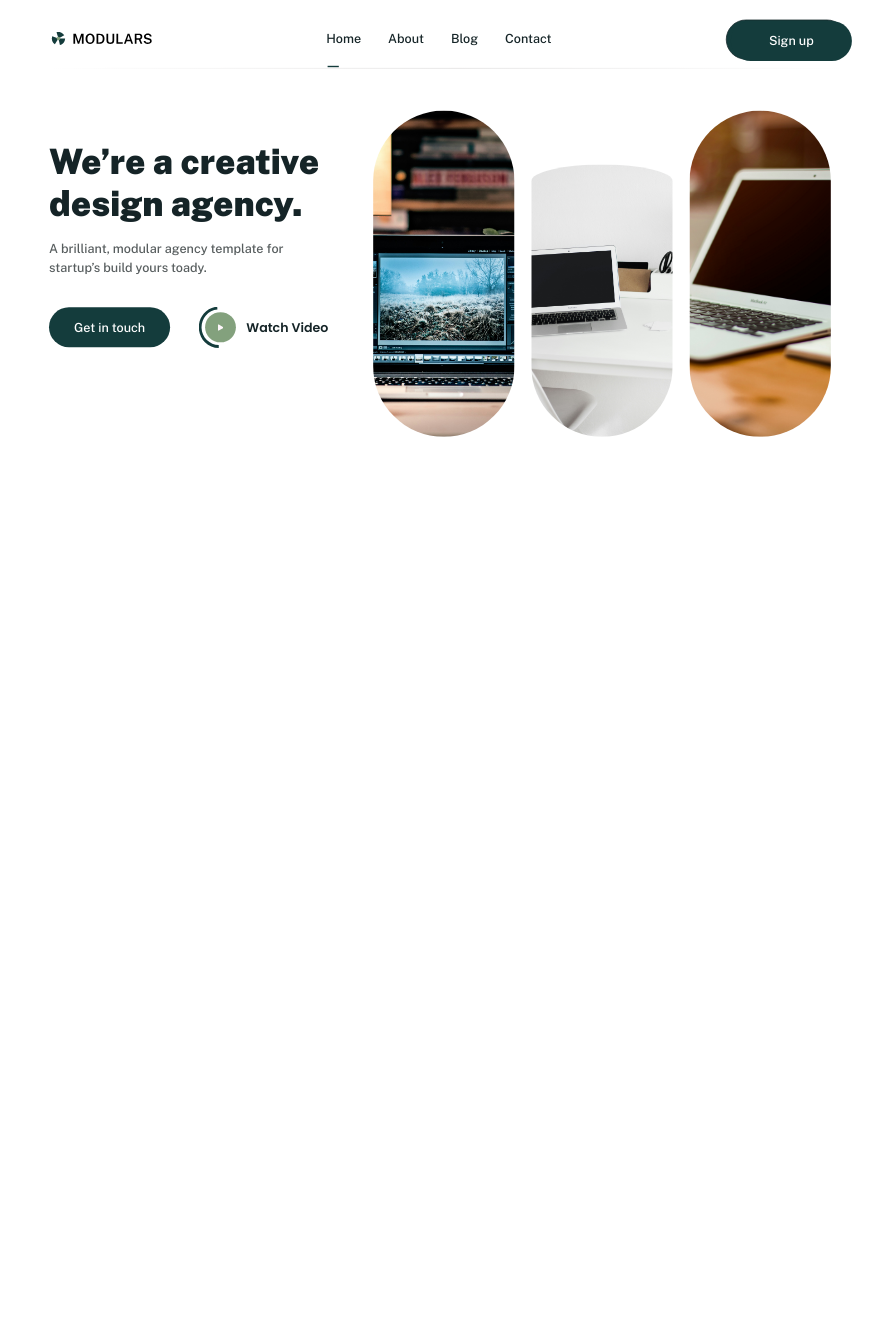
Repository: Learncode-every-day/Project-3.1
Page: index.html
The author's editor kept a copy of each file at every save. The page is drawn from the files as they stood at one save, then again after the next save.
The browser window is 1280 px wide. The pictures show the part of the page from y = 0 to 1920 px (the page is 5015 px tall), at 70% of full size.

Above is the page before, as saved 2024-06-22 18:21:42.

### index.html
<!DOCTYPE html>
<html lang="en">
    <head>
        <meta charset="UTF-8" />
        <meta name="viewport" content="width=device-width, initial-scale=1.0" />
        <title>Project 3.1</title>
        <!-- Favicon -->
        <link
            rel="apple-touch-icon"
            sizes="57x57"
            href="./assets/favicon/apple-icon-57x57.png"
        />
        <link
            rel="apple-touch-icon"
            sizes="60x60"
            href="./assets/favicon/apple-icon-60x60.png"
        />
        <link
            rel="apple-touch-icon"
            sizes="72x72"
            href="./assets/favicon/apple-icon-72x72.png"
        />
        <link
            rel="apple-touch-icon"
            sizes="76x76"
            href="./assets/favicon/apple-icon-76x76.png"
        />
        <link
            rel="apple-touch-icon"
            sizes="114x114"
            href="./assets/favicon/apple-icon-114x114.png"
        />
        <link
            rel="apple-touch-icon"
            sizes="120x120"
            href="./assets/favicon/apple-icon-120x120.png"
        />
        <link
            rel="apple-touch-icon"
            sizes="144x144"
            href="./assets/favicon/apple-icon-144x144.png"
        />
        <link
            rel="apple-touch-icon"
            sizes="152x152"
            href="./assets/favicon/apple-icon-152x152.png"
        />
        <link
            rel="apple-touch-icon"
            sizes="180x180"
            href="./assets/favicon/apple-icon-180x180.png"
        />
        <link
            rel="icon"
            type="image/png"
            sizes="192x192"
            href="./assets/favicon/android-icon-192x192.png"
        />
        <link
            rel="icon"
            type="image/png"
            sizes="32x32"
            href="./assets/favicon/favicon-32x32.png"
        />
        <link
            rel="icon"
            type="image/png"
            sizes="96x96"
            href="./assets/favicon/favicon-96x96.png"
        />
        <link
            rel="icon"
            type="image/png"
            sizes="16x16"
            href="./assets/favicon/favicon-16x16.png"
        />
        <link rel="manifest" href="./assets/favicon/manifest.json" />
        <meta name="msapplication-TileColor" content="#ffffff" />
        <meta
            name="msapplication-TileImage"
            content="./assets/favicon/ms-icon-144x144.png"
        />
        <meta name="theme-color" content="#ffffff" />
        <!-- Reset CSS -->
        <link rel="stylesheet" href="./assets/css/reset.css" />
        <!-- Embed Fonts -->
        <link rel="stylesheet" href="./assets/fonts/stylesheet.css" />
        <!-- Style CSS -->
        <link rel="stylesheet" href="./assets/css/style.css" />
    </head>
    <body style="height: 5000px">
        <!-- Header -->
        <header class="header">
            <div class="container">
                <!-- Header top -->
                <div class="header-top">
                    <!-- Logo -->
                    <a href="#!">
                        <img src="./assets/icons/logo.svg" alt="Modulars" />
                    </a>

                    <!-- Navbar -->
                    <nav class="navbar">
                        <ul class="navbar__list">
                            <li class="navbar__item">
                                <a
                                    href="#!"
                                    class="navbar__link navbar__link--active"
                                    >Home</a
                                >
                            </li>
                            <li class="navbar__item">
                                <a href="#!" class="navbar__link">About</a>
                            </li>
                            <li class="navbar__item">
                                <a href="#!" class="navbar__link">Blog</a>
                            </li>
                            <li class="navbar__item">
                                <a href="#!" class="navbar__link">Contact</a>
                            </li>
                        </ul>
                    </nav>

                    <!-- Action -->
                    <button class="header-action">
                        <a href="#!" class="btn">Sign up</a>
                    </button>
                </div>
                <div class="separate-line"></div>
            </div>
        </header>

        <main>
            <!-- Hero -->
            <section class="hero">
                <div class="container">
                    <div class="hero__inner">
                        <!-- Hero Content -->
                        <section class="hero__content">
                            <h1 class="hero__heading">
                                We’re a creative design agency.
                            </h1>
                            <p class="hero__desc">
                                A brilliant, modular agency template for
                                startup’s build yours toady.
                            </p>
                            <div class="hero__row">
                                <a href="#!" class="btn">Get in touch</a>
                                <div class="hero-action">
                                    <div class="play-btn">
                                        <img
                                            src="./assets/icons/eclip.svg"
                                            alt="eclip"
                                            class="eclip-icon"
                                        />
                                        <img
                                            src="./assets/icons/play.svg"
                                            alt="Play button"
                                            class="play-icon"
                                        />
                                    </div>
                                    <span class="hero-action__desc"
                                        >Watch Video</span
                                    >
                                </div>
                            </div>
                        </section>

                        <!-- Hero Media -->
                        <div class="hero__media">
                            <figure>
                                <img
                                    src="./assets/img/header-1.jpg"
                                    alt=""
                                    class="hero__image"
                                />
                                <img
                                    src="./assets/img/header-2.jpg"
                                    alt=""
                                    class="hero__image"
                                />
                                <img
                                    src="./assets/img/header-3.jpg"
                                    alt=""
                                    class="hero__image"
                                />
                            </figure>
                        </div>
                    </div>
                </div>
            </section>
        </main>
    </body>
</html>

### assets/css/reset.css
/* http://meyerweb.com/eric/tools/css/reset/
    v2.0 | 20110126
    License: none (public domain)
*/

html,
body,
div,
span,
applet,
object,
iframe,
h1,
h2,
h3,
h4,
h5,
h6,
p,
blockquote,
pre,
a,
abbr,
acronym,
address,
big,
cite,
code,
del,
dfn,
em,
img,
ins,
kbd,
q,
s,
samp,
small,
strike,
strong,
sub,
sup,
tt,
var,
b,
u,
i,
center,
dl,
dt,
dd,
ol,
ul,
li,
fieldset,
form,
label,
legend,
table,
caption,
tbody,
tfoot,
thead,
tr,
th,
td,
article,
aside,
canvas,
details,
embed,
figure,
figcaption,
footer,
header,
hgroup,
menu,
nav,
output,
ruby,
section,
summary,
time,
mark,
audio,
video {
    margin: 0;
    padding: 0;
    border: 0;
    font-size: 100%;
    font: inherit;
    vertical-align: baseline;
}
/* HTML5 display-role reset for older browsers */
article,
aside,
details,
figcaption,
figure,
footer,
header,
hgroup,
menu,
nav,
section {
    display: block;
}
body {
    line-height: 1;
}
ol,
ul {
    list-style: none;
}
blockquote,
q {
    quotes: none;
}
blockquote:before,
blockquote:after,
q:before,
q:after {
    content: "";
    content: none;
}
table {
    border-collapse: collapse;
    border-spacing: 0;
}

### assets/fonts/stylesheet.css
/* ================= Sonsie One ================= */
@font-face {
    font-family: "Sonsie One";
    src: url("SonsieOne/SonsieOne-Regular.woff2") format("woff2"),
        url("SonsieOne/SonsieOne-Regular.woff") format("woff");
    font-weight: normal;
    font-style: normal;
    font-display: swap;
}

/* ================= Public Sans ================= */
@font-face {
    font-family: "Public Sans";
    src: url("PublicSans/PublicSans-Bold.woff2") format("woff2"),
        url("PublicSans/PublicSans-Bold.woff") format("woff");
    font-weight: bold;
    font-style: normal;
    font-display: swap;
}

@font-face {
    font-family: "Public Sans";
    src: url("PublicSans/PublicSans-ExtraBold.woff2") format("woff2"),
        url("PublicSans/PublicSans-ExtraBold.woff") format("woff");
    font-weight: bold;
    font-style: normal;
    font-display: swap;
}

@font-face {
    font-family: "Public Sans";
    src: url("PublicSans/PublicSans-Light.woff2") format("woff2"),
        url("PublicSans/PublicSans-Light.woff") format("woff");
    font-weight: 300;
    font-style: normal;
    font-display: swap;
}

@font-face {
    font-family: "Public Sans";
    src: url("PublicSans/PublicSans-Medium.woff2") format("woff2"),
        url("PublicSans/PublicSans-Medium.woff") format("woff");
    font-weight: 500;
    font-style: normal;
    font-display: swap;
}

@font-face {
    font-family: "Public Sans";
    src: url("PublicSans/PublicSans-SemiBold.woff2") format("woff2"),
        url("PublicSans/PublicSans-SemiBold.woff") format("woff");
    font-weight: 600;
    font-style: normal;
    font-display: swap;
}

@font-face {
    font-family: "Public Sans";
    src: url("PublicSans/PublicSans-Regular.woff2") format("woff2"),
        url("PublicSans/PublicSans-Regular.woff") format("woff");
    font-weight: normal;
    font-style: normal;
    font-display: swap;
}

@font-face {
    font-family: "Public Sans";
    src: url("PublicSans/PublicSans-BlackItalic.woff2") format("woff2"),
        url("PublicSans/PublicSans-BlackItalic.woff") format("woff");
    font-weight: 900;
    font-style: italic;
    font-display: swap;
}

@font-face {
    font-family: "Public Sans";
    src: url("PublicSans/PublicSans-Black.woff2") format("woff2"),
        url("PublicSans/PublicSans-Black.woff") format("woff");
    font-weight: 900;
    font-style: normal;
    font-display: swap;
}

@font-face {
    font-family: "Public Sans";
    src: url("PublicSans/PublicSans-BoldItalic.woff2") format("woff2"),
        url("PublicSans/PublicSans-BoldItalic.woff") format("woff");
    font-weight: bold;
    font-style: italic;
    font-display: swap;
}

@font-face {
    font-family: "Public Sans";
    src: url("PublicSans/PublicSans-ExtraLight.woff2") format("woff2"),
        url("PublicSans/PublicSans-ExtraLight.woff") format("woff");
    font-weight: 200;
    font-style: normal;
    font-display: swap;
}

@font-face {
    font-family: "Public Sans";
    src: url("PublicSans/PublicSans-ExtraBoldItalic.woff2") format("woff2"),
        url("PublicSans/PublicSans-ExtraBoldItalic.woff") format("woff");
    font-weight: bold;
    font-style: italic;
    font-display: swap;
}

@font-face {
    font-family: "Public Sans";
    src: url("PublicSans/PublicSans-Italic.woff2") format("woff2"),
        url("PublicSans/PublicSans-Italic.woff") format("woff");
    font-weight: normal;
    font-style: italic;
    font-display: swap;
}

@font-face {
    font-family: "Public Sans";
    src: url("PublicSans/PublicSans-LightItalic.woff2") format("woff2"),
        url("PublicSans/PublicSans-LightItalic.woff") format("woff");
    font-weight: 300;
    font-style: italic;
    font-display: swap;
}

@font-face {
    font-family: "Public Sans";
    src: url("PublicSans/PublicSans-ExtraLightItalic.woff2") format("woff2"),
        url("PublicSans/PublicSans-ExtraLightItalic.woff") format("woff");
    font-weight: 200;
    font-style: italic;
    font-display: swap;
}

@font-face {
    font-family: "Public Sans";
    src: url("PublicSans/PublicSans-SemiBoldItalic.woff2") format("woff2"),
        url("PublicSans/PublicSans-SemiBoldItalic.woff") format("woff");
    font-weight: 600;
    font-style: italic;
    font-display: swap;
}

@font-face {
    font-family: "Public Sans";
    src: url("PublicSans/PublicSans-Thin.woff2") format("woff2"),
        url("PublicSans/PublicSans-Thin.woff") format("woff");
    font-weight: 100;
    font-style: normal;
    font-display: swap;
}

@font-face {
    font-family: "Public Sans";
    src: url("PublicSans/PublicSans-MediumItalic.woff2") format("woff2"),
        url("PublicSans/PublicSans-MediumItalic.woff") format("woff");
    font-weight: 500;
    font-style: italic;
    font-display: swap;
}

@font-face {
    font-family: "Public Sans";
    src: url("PublicSans/PublicSans-ThinItalic.woff2") format("woff2"),
        url("PublicSans/PublicSans-ThinItalic.woff") format("woff");
    font-weight: 100;
    font-style: italic;
    font-display: swap;
}

/* ================= Poppins ================= */
@font-face {
    font-family: "Poppins";
    src: url("Poppins/Poppins-LightItalic.woff2") format("woff2"),
        url("Poppins/Poppins-LightItalic.woff") format("woff");
    font-weight: 300;
    font-style: italic;
    font-display: swap;
}

@font-face {
    font-family: "Poppins";
    src: url("Poppins/Poppins-Light.woff2") format("woff2"),
        url("Poppins/Poppins-Light.woff") format("woff");
    font-weight: 300;
    font-style: normal;
    font-display: swap;
}

@font-face {
    font-family: "Poppins";
    src: url("Poppins/Poppins-Medium.woff2") format("woff2"),
        url("Poppins/Poppins-Medium.woff") format("woff");
    font-weight: 500;
    font-style: normal;
    font-display: swap;
}

@font-face {
    font-family: "Poppins";
    src: url("Poppins/Poppins-Italic.woff2") format("woff2"),
        url("Poppins/Poppins-Italic.woff") format("woff");
    font-weight: normal;
    font-style: italic;
    font-display: swap;
}

@font-face {
    font-family: "Poppins";
    src: url("Poppins/Poppins-Thin.woff2") format("woff2"),
        url("Poppins/Poppins-Thin.woff") format("woff");
    font-weight: 100;
    font-style: normal;
    font-display: swap;
}

@font-face {
    font-family: "Poppins";
    src: url("Poppins/Poppins-SemiBoldItalic.woff2") format("woff2"),
        url("Poppins/Poppins-SemiBoldItalic.woff") format("woff");
    font-weight: 600;
    font-style: italic;
    font-display: swap;
}

@font-face {
    font-family: "Poppins";
    src: url("Poppins/Poppins-Regular.woff2") format("woff2"),
        url("Poppins/Poppins-Regular.woff") format("woff");
    font-weight: normal;
    font-style: normal;
    font-display: swap;
}

@font-face {
    font-family: "Poppins";
    src: url("Poppins/Poppins-MediumItalic.woff2") format("woff2"),
        url("Poppins/Poppins-MediumItalic.woff") format("woff");
    font-weight: 500;
    font-style: italic;
    font-display: swap;
}

@font-face {
    font-family: "Poppins";
    src: url("Poppins/Poppins-SemiBold.woff2") format("woff2"),
        url("Poppins/Poppins-SemiBold.woff") format("woff");
    font-weight: 600;
    font-style: normal;
    font-display: swap;
}

@font-face {
    font-family: "Poppins";
    src: url("Poppins/Poppins-BoldItalic.woff2") format("woff2"),
        url("Poppins/Poppins-BoldItalic.woff") format("woff");
    font-weight: bold;
    font-style: italic;
    font-display: swap;
}

@font-face {
    font-family: "Poppins";
    src: url("Poppins/Poppins-BlackItalic.woff2") format("woff2"),
        url("Poppins/Poppins-BlackItalic.woff") format("woff");
    font-weight: 900;
    font-style: italic;
    font-display: swap;
}

@font-face {
    font-family: "Poppins";
    src: url("Poppins/Poppins-Black.woff2") format("woff2"),
        url("Poppins/Poppins-Black.woff") format("woff");
    font-weight: 900;
    font-style: normal;
    font-display: swap;
}

@font-face {
    font-family: "Poppins";
    src: url("Poppins/Poppins-ThinItalic.woff2") format("woff2"),
        url("Poppins/Poppins-ThinItalic.woff") format("woff");
    font-weight: 100;
    font-style: italic;
    font-display: swap;
}

@font-face {
    font-family: "Poppins";
    src: url("Poppins/Poppins-ExtraBold.woff2") format("woff2"),
        url("Poppins/Poppins-ExtraBold.woff") format("woff");
    font-weight: bold;
    font-style: normal;
    font-display: swap;
}

@font-face {
    font-family: "Poppins";
    src: url("Poppins/Poppins-Bold.woff2") format("woff2"),
        url("Poppins/Poppins-Bold.woff") format("woff");
    font-weight: bold;
    font-style: normal;
    font-display: swap;
}

@font-face {
    font-family: "Poppins";
    src: url("Poppins/Poppins-ExtraBoldItalic.woff2") format("woff2"),
        url("Poppins/Poppins-ExtraBoldItalic.woff") format("woff");
    font-weight: bold;
    font-style: italic;
    font-display: swap;
}

@font-face {
    font-family: "Poppins";
    src: url("Poppins/Poppins-ExtraLightItalic.woff2") format("woff2"),
        url("Poppins/Poppins-ExtraLightItalic.woff") format("woff");
    font-weight: 200;
    font-style: italic;
    font-display: swap;
}

@font-face {
    font-family: "Poppins";
    src: url("Poppins/Poppins-ExtraLight.woff2") format("woff2"),
        url("Poppins/Poppins-ExtraLight.woff") format("woff");
    font-weight: 200;
    font-style: normal;
    font-display: swap;
}

### assets/css/style.css
* {
    box-sizing: border-box;
}

:root {
    --bg-color: #143c3c;
    /* Màu thay thế */
    --primary-color: #152427;
    --desc-color: #7d8188;
}

html {
    font-size: 62.5%;
}

body {
    font-size: 1.6rem;
    font-family: "Public Sans";
}

/* ===== Common ===== */
a {
    text-decoration: none;
}

input,
textarea,
select,
button {
    font-family: inherit;
    font-size: inherit;
}

.container {
    width: 1140px;
    max-width: calc(100% - 48px);
    margin: 0 auto;
}

.section-heading {
    color: var(--primary-color);
    font-family: Poppins;
    font-size: 4.2rem;
    font-weight: 600;
    line-height: 1.24; /* 123.81% */
}

.section-desc {
    color: var(--desc-color);
    font-family: Poppins;
    font-size: 1.4rem;
    font-weight: 500;
    line-height: 1.71; /* 171.429% */
}

.btn {
    display: flex;
    align-items: center;
    justify-content: center;
    min-width: 173px;
    height: 57px;
    border-radius: 40px;
    background: var(--bg-color);
    color: #fff;
    font-size: 1.8rem;
    font-weight: 500;
    line-height: 1.56; /* 155.556% */
}

/* ===== Header ===== */
.header {
    position: sticky;
    top: 0;
    background: #fff;
    z-index: 9999;
}

.header-top {
    margin-top: 15px;
    padding: 13px 0;
    display: flex;
    align-items: center;
    justify-content: space-between;
}

.navbar__list {
    display: flex;
    min-width: 322px;
    justify-content: space-between;
}

.navbar__link {
    position: relative;
    color: var(--primary-color);
    font-size: 1.8rem;
    font-weight: 500;
    line-height: 1.56; /* 155.556% */
}

.navbar__link--active::before {
    position: absolute;
    content: "";
    left: 2px;
    bottom: -30px;
    width: 16px;
    height: 2px;
    background: var(--bg-color);
}

.header-action {
    width: 173px;
    height: 57px;
    border-radius: 40px;
    border: 1.5px solid var(--primary-color);
    background: var(--bg-color);
}

.separate-line {
    margin-top: -1px;
    width: 100%;
    height: 1px;
    background: linear-gradient(
        90deg,
        #fff 0%,
        #dddcdc 51.09%,
        rgba(212, 212, 212, 0) 99.68%
    );
}

/* ===== Hero ===== */
.hero__inner {
    display: flex;
    justify-content: space-between;
}

.hero__content {
    width: 35%;
}

.hero__heading {
    margin-top: 103px;
    color: var(--primary-color);
    font-size: 5rem;
    font-weight: 800;
    line-height: 1.2; /* 120% */
}

.hero__desc {
    margin-top: 20px;
    color: #575d5e;
    font-size: 1.8rem;
    font-weight: 500;
    line-height: 1.56; /* 155.556% */
}

.hero__row {
    margin-top: 42px;
    display: flex;
    align-items: center;
    justify-content: space-between;
}

.hero-action {
    position: relative;
    display: flex;
    align-items: center;
    justify-content: center;
}

.hero-action__desc {
    color: var(--primary-color);
    font-family: Poppins;
    font-size: 1.8rem;
    font-weight: 600;
    line-height: 1.67; /* 166.667% */
}

.play-btn {
    margin-right: 15px;
    display: flex;
    align-items: center;
    justify-content: center;
    width: 44px;
    height: 43px;
    border-radius: 50%;
    background: #83a17d;
}

.eclip-icon {
    position: absolute;
    left: -9px;
    bottom: -8px;
}

.hero__media {
    display: flex;
    margin: 60px 23px 0 0;
}

.hero__image {
    margin-right: 20px;
    height: 466px;
    width: 202px;
    object-fit: cover;
    border-radius: 999px;
}

.hero__image:nth-child(2) {
    padding-top: 77px;
}

.hero__image:last-child {
    margin-right: 0;
}

After the next save:
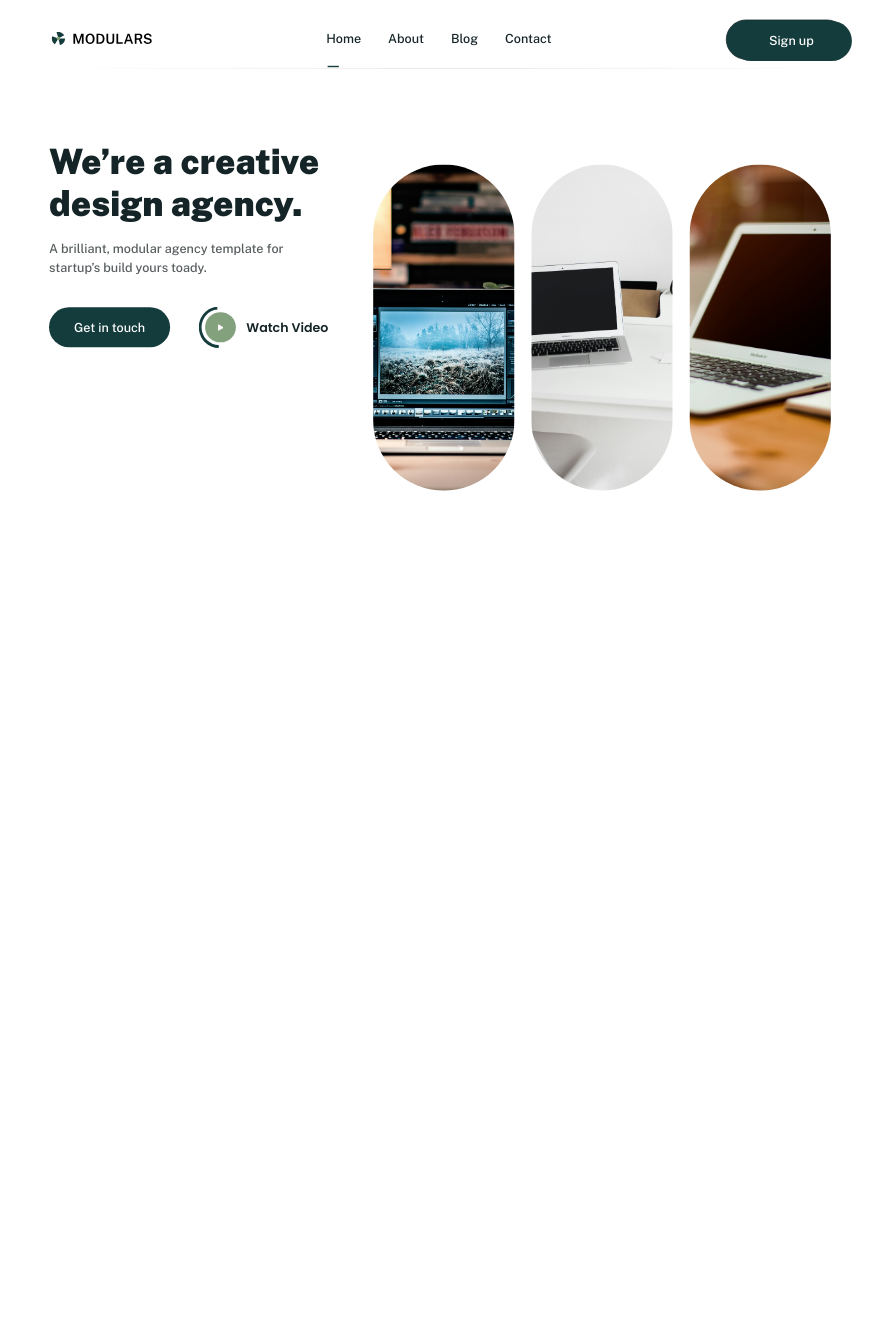
Saved 7 s later.
--- a/assets/css/style.css
+++ b/assets/css/style.css
@@ -206,7 +206,7 @@
 }
 
 .hero__image:nth-child(2) {
-    padding-top: 77px;
+    margin-top: 77px;
 }
 
 .hero__image:last-child {
